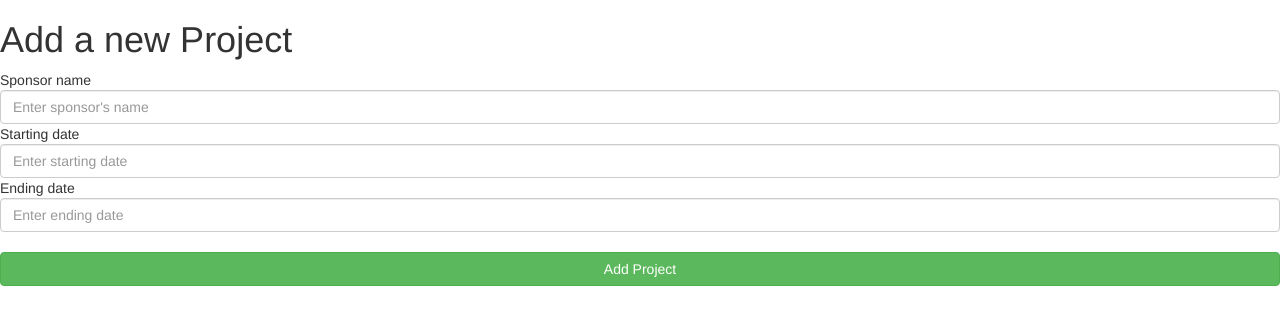
Repository: cpham19/DatabaseSite
Page: http://localhost/database/AddStudent.jsp
The author's editor kept a copy of each file at every save. The page is drawn from the files as they stood at one save, then again after the next save.
The browser window is 1280 px wide. The pictures show the whole page.
The page is served by Tomcat 9. Other server files are loaded and not shown.

Above is the page before, as saved 2017-07-30 04:28:42.

### database/src/main/webapp/AddStudent.jsp
<%@ page language="java" contentType="text/html; charset=UTF-8" pageEncoding="UTF-8"%>
<%@ taglib prefix="c" uri="http://java.sun.com/jsp/jstl/core" %>
<%@ taglib prefix="fn" uri="http://java.sun.com/jsp/jstl/functions" %>
<!doctype html>
<html lang="en">
<head>
	<title>Faculty</title>
	<!-- Latest compiled and minified CSS -->
	<link rel="stylesheet" href="https://maxcdn.bootstrapcdn.com/bootstrap/3.3.7/css/bootstrap.min.css" integrity="sha384-BVYiiSIFeK1dGmJRAkycuHAHRg32OmUcww7on3RYdg4Va+PmSTsz/K68vbdEjh4u" crossorigin="anonymous">
</head>
<body>
<h1>Add a new Project</h1>
	<form action="AddProject" method="post">
		Sponsor name <input type="text" class="form-control" id="sponsorName" name="sponsorName" placeholder="Enter sponsor's name">
		Starting date <input type="text" class="form-control" id="startingDate" name="startingDate" placeholder="Enter starting date">
		Ending date <input type="text" class="form-control" id="endingDate" name="endingDate" placeholder="Enter ending date">
		<br/>
		<button type="submit" class="btn btn-success btn-block">Add Project</button>
	</form>

</body>
</html>

After the next save:
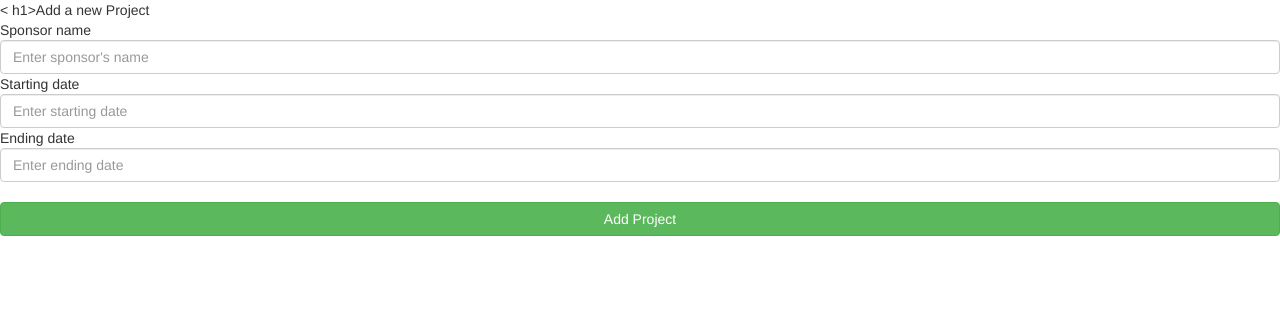
Saved 2 s later.
--- a/database/src/main/webapp/AddStudent.jsp
+++ b/database/src/main/webapp/AddStudent.jsp
@@ -9,7 +9,7 @@
 	<link rel="stylesheet" href="https://maxcdn.bootstrapcdn.com/bootstrap/3.3.7/css/bootstrap.min.css" integrity="sha384-BVYiiSIFeK1dGmJRAkycuHAHRg32OmUcww7on3RYdg4Va+PmSTsz/K68vbdEjh4u" crossorigin="anonymous">
 </head>
 <body>
-<h1>Add a new Project</h1>
+<	h1>Add a new Project</h1>
 	<form action="AddProject" method="post">
 		Sponsor name <input type="text" class="form-control" id="sponsorName" name="sponsorName" placeholder="Enter sponsor's name">
 		Starting date <input type="text" class="form-control" id="startingDate" name="startingDate" placeholder="Enter starting date">

After the save that followed:
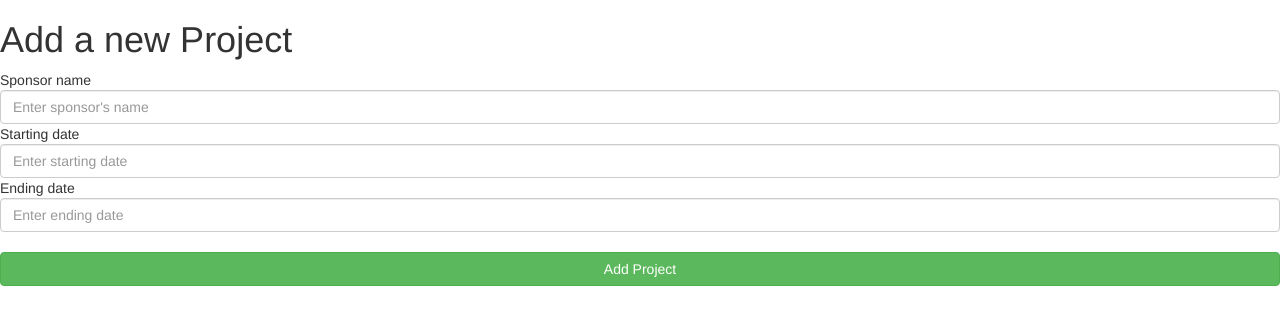
Saved 5 s later.
--- a/database/src/main/webapp/AddStudent.jsp
+++ b/database/src/main/webapp/AddStudent.jsp
@@ -9,7 +9,7 @@
 	<link rel="stylesheet" href="https://maxcdn.bootstrapcdn.com/bootstrap/3.3.7/css/bootstrap.min.css" integrity="sha384-BVYiiSIFeK1dGmJRAkycuHAHRg32OmUcww7on3RYdg4Va+PmSTsz/K68vbdEjh4u" crossorigin="anonymous">
 </head>
 <body>
-<	h1>Add a new Project</h1>
+	<h1>Add a new Project</h1>
 	<form action="AddProject" method="post">
 		Sponsor name <input type="text" class="form-control" id="sponsorName" name="sponsorName" placeholder="Enter sponsor's name">
 		Starting date <input type="text" class="form-control" id="startingDate" name="startingDate" placeholder="Enter starting date">
